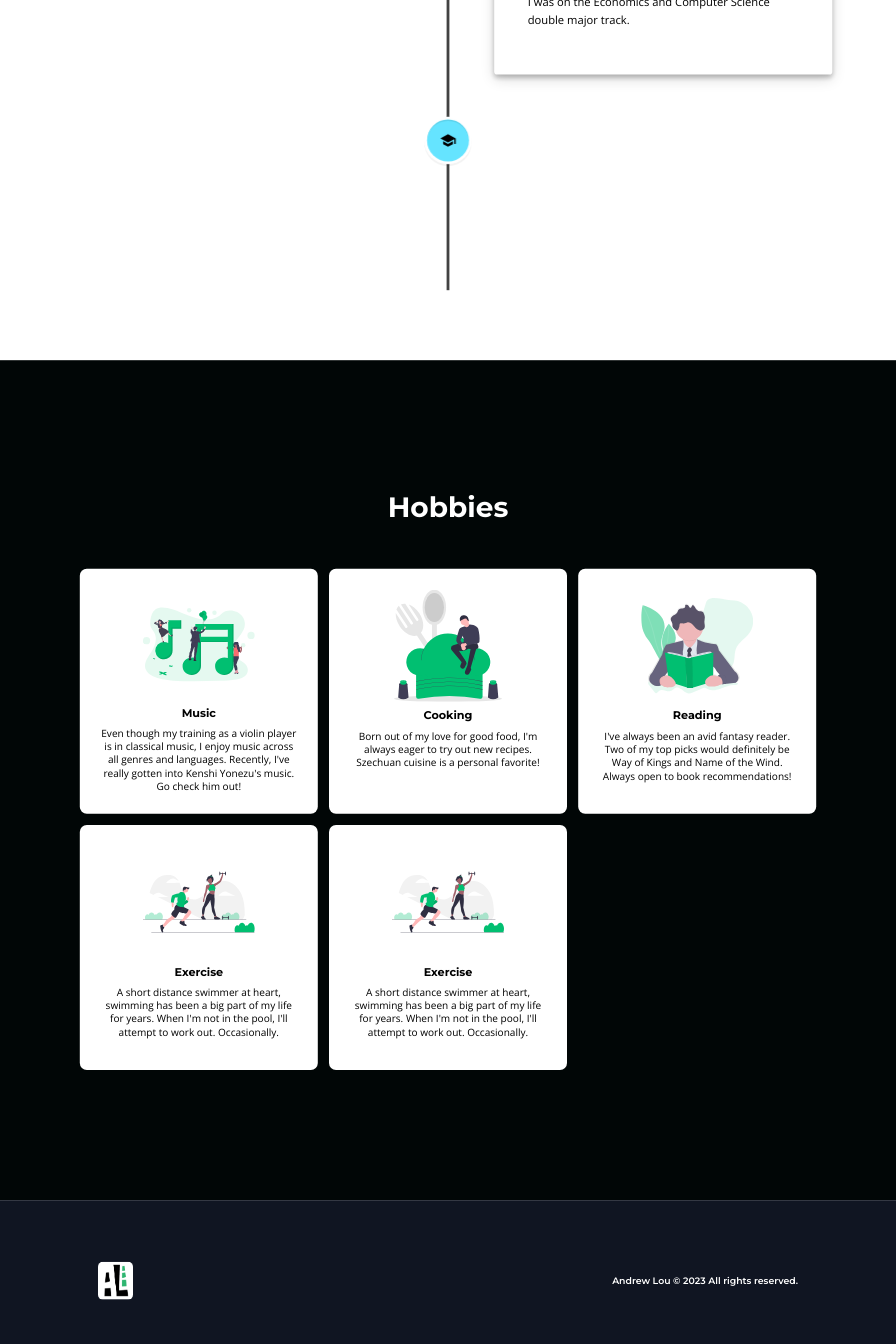
Repository: icer6683/Website
Page: /
The author's editor kept a copy of each file at every save. The page is drawn from the files as they stood at one save, then again after the next save.
The browser window is 1280 px wide. The pictures show the part of the page from y = 3752 to 5672 px (the page is 5672 px tall), at 70% of full size.
The project was rebuilt for these pictures with package versions that can differ from the ones it lists, and the page was loaded fresh each time. Also part of the build but not shown: src/Components/ContactMe/ContactMeElements.js, src/Components/ContactMe/index.js, src/Pages/contactme.js. Imported but missing from the stored project, and not drawn on this page: src/Video/video.mp4.

Above is the page before, as saved 2023-07-03 13:44:31.

After the next save:
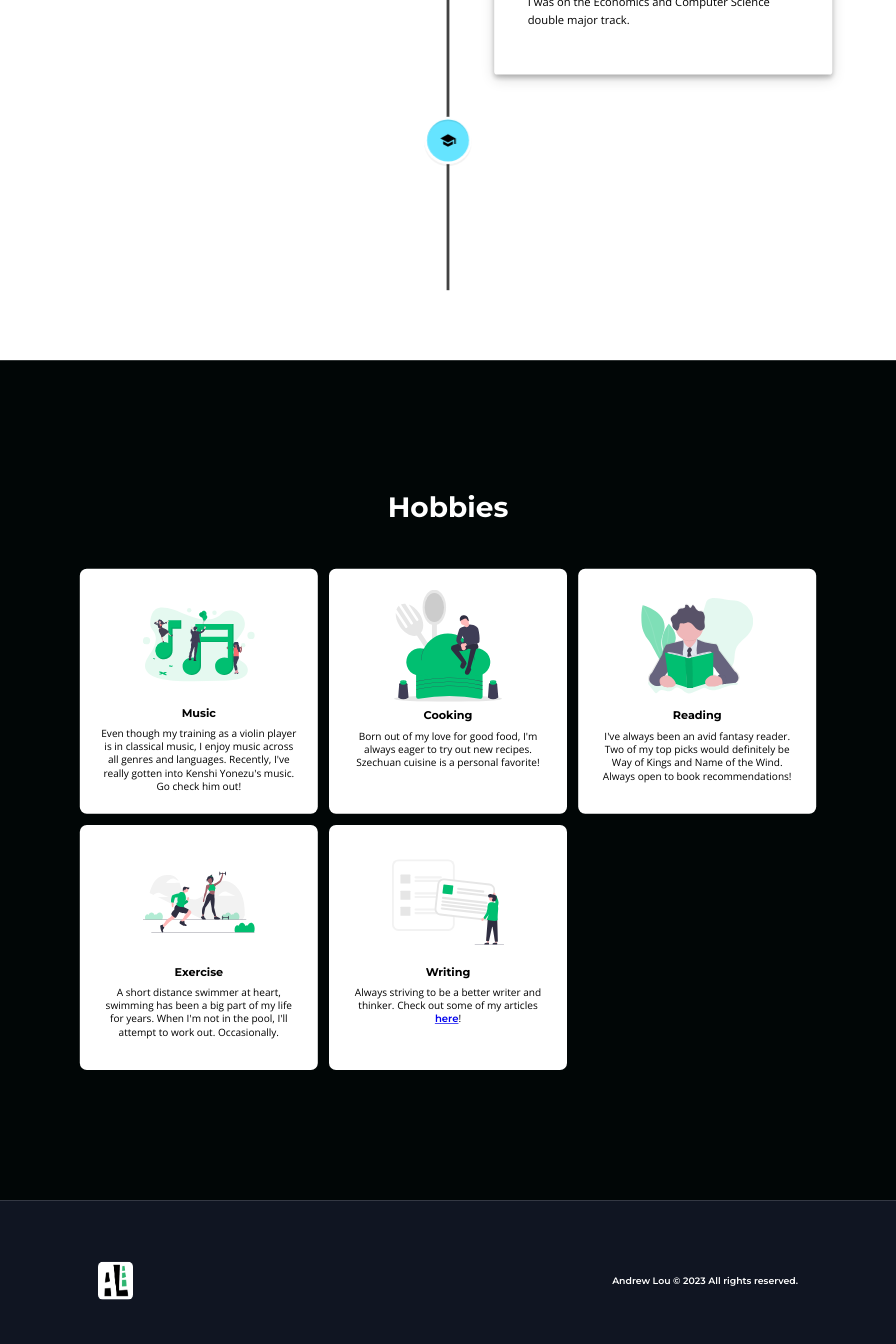
Saved 116 s later.
--- a/src/Components/Gallery/index.js
+++ b/src/Components/Gallery/index.js
@@ -32,9 +32,9 @@ const Gallery = () => {
                         <GalleryP>A short distance swimmer at heart, swimming has been a big part of my life for years. When I'm not in the pool, I'll attempt to work out. Occasionally.</GalleryP>
                     </GalleryCard>
                     <GalleryCard>
-                        <GalleryIcon src={Icon4} />
-                        <GalleryH2>Exercise</GalleryH2>
-                        <GalleryP>A short distance swimmer at heart, swimming has been a big part of my life for years. When I'm not in the pool, I'll attempt to work out. Occasionally.</GalleryP>
+                        <GalleryIcon src={Icon5} />
+                        <GalleryH2>Writing</GalleryH2>
+                        <GalleryP> Always striving to be a better writer and thinker. Check out some of my articles <a href="https://www.thedp.com/staff/andrew-lou" class="writingLink">here</a>!</GalleryP>
                     </GalleryCard>
                 </GalleryWrapper>
             </GalleryContainer>
